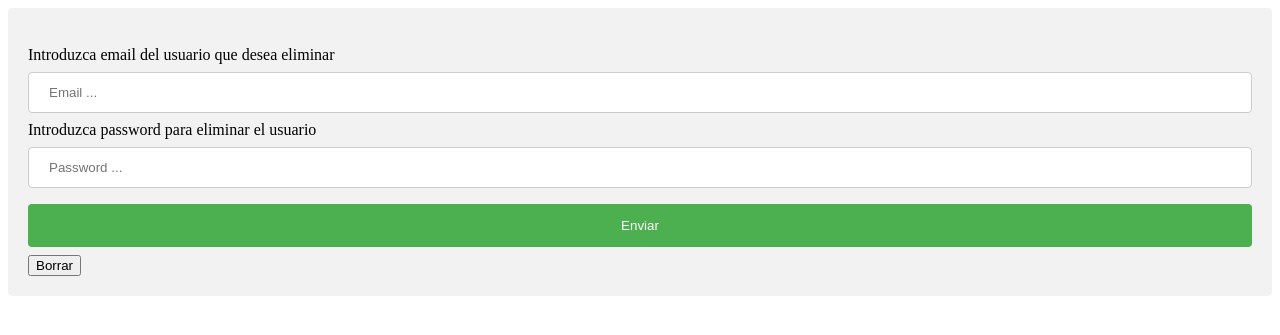
Repository: nachmz42/ProyectoJoker
Page: http://localhost/Joker/eliminarusuario.jsp
These files come from the project's save history. The page is drawn as it stood at one moment and after the next save; the edit follows.
The browser window is 1280 px wide. The pictures show the whole page.
The page is served by Tomcat 9.

Above is the page before, as saved 2021-07-02 08:44:42.

After the next save:
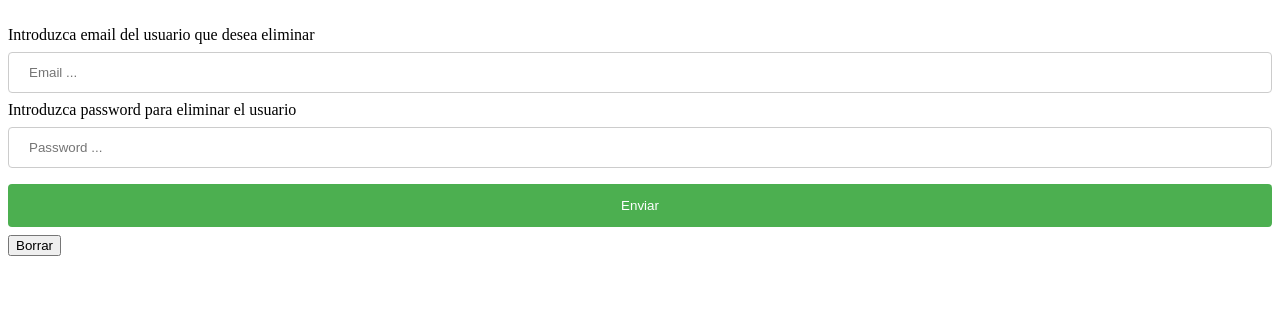
Saved 9 s later.
--- a/Joker/src/main/webapp/STYLE/css/eliminarusuario.css
+++ b/Joker/src/main/webapp/STYLE/css/eliminarusuario.css
@@ -36,8 +36,16 @@ input[type=submit]:hover {
   background-color: #45a049;
 }
 
-div {
-  border-radius: 5px;
-  background-color: #f2f2f2;
-  padding: 20px;
+.testbox {
+  margin: 30px auto;
+  width: 450px;
+  height: 600px;
+  -webkit-border-radius: 12px/9px;
+  -moz-border-radius: 12px/9px;
+  border-radius: 12px/10px;
+  background-color: #ebebeb;
+  -webkit-box-shadow: 2px 3px 6px rgba(0,0,0,.31);
+  -moz-box-shadow: 2px 3px 6px rgba(0,0,0,.31);
+  box-shadow: 2px 3px 6px rgba(0,0,0,.31);
+  border: solid 3px #cbc9c9;
 }
